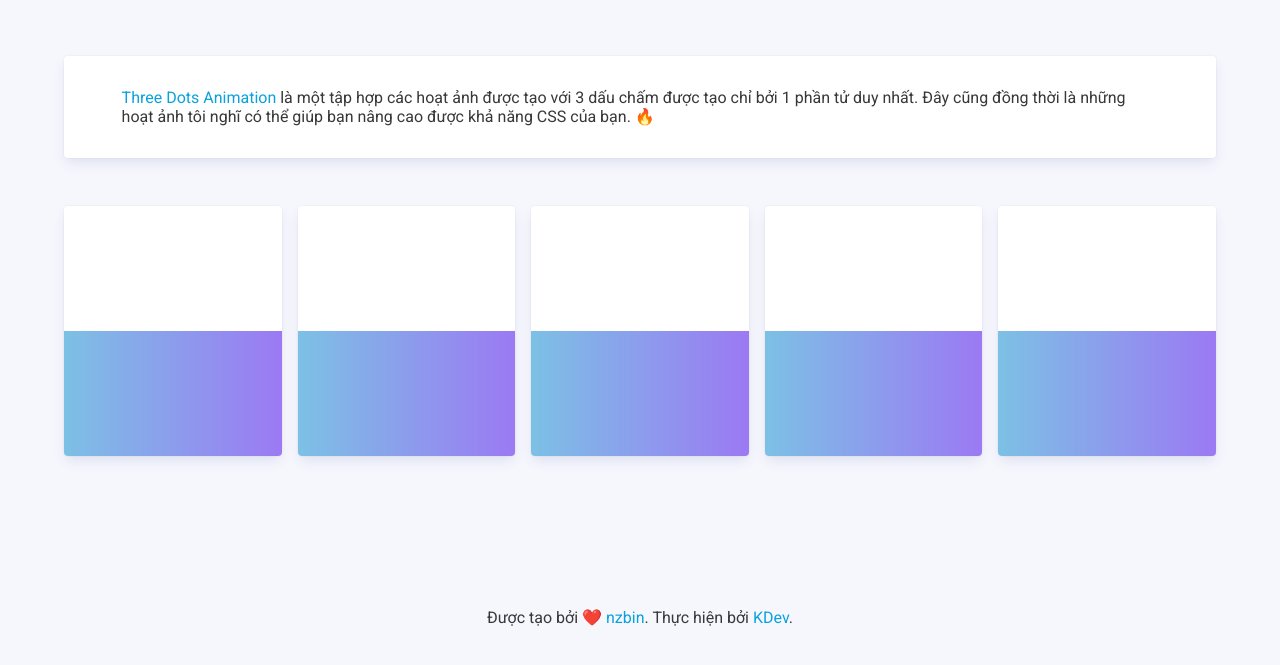
Repository: haokiet2501/lazy-loader-animation
Page: index.html
The author's editor kept a copy of each file at every save. The page is drawn from the files as they stood at one save, then again after the next save.
The browser window is 1280 px wide. The pictures show the whole page.
The style sheet was rebuilt from its Sass, Less or Tailwind sources for each picture, by a compiler version that may differ from the author's.

Above is the page before, as saved 2022-05-06 19:59:16.

After the next save:
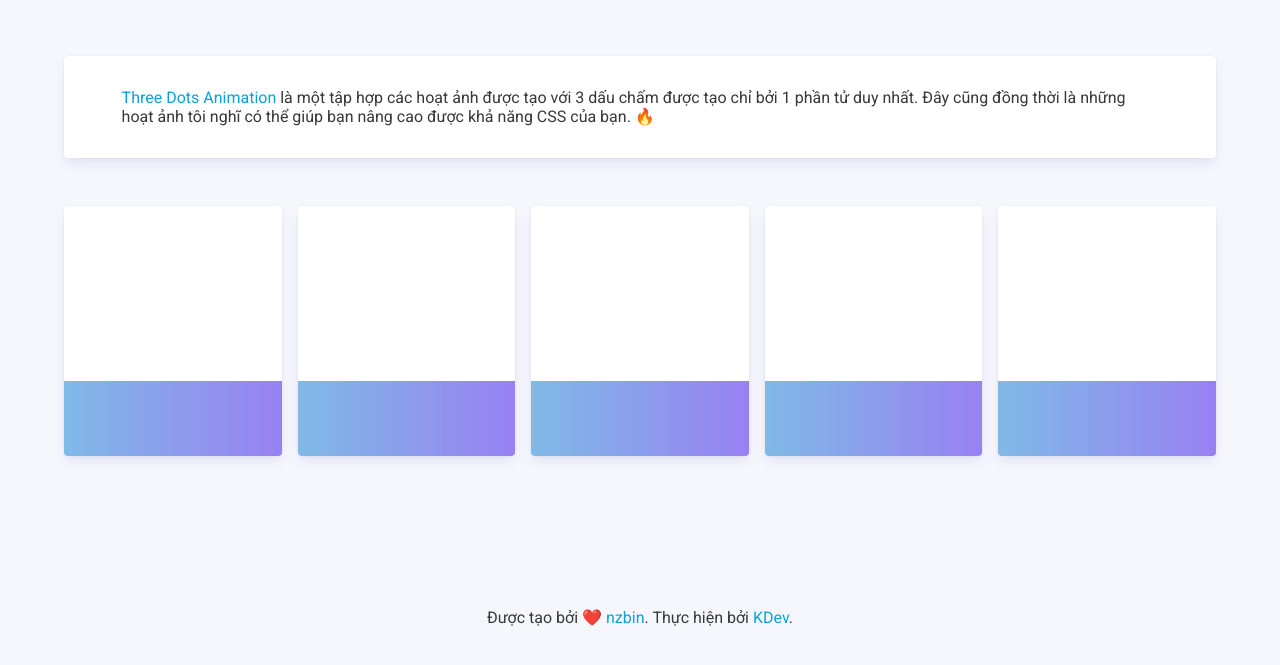
Saved 16 s later.
--- a/sass/styles.scss
+++ b/sass/styles.scss
@@ -33,7 +33,7 @@ $color-line: #50dfdb;
     top: 0;
     left: 32px;
     width: 150px;
-    height: 160%;
+    height: 200%;
     background: linear-gradient(#A85CF9, #6FDFDF);
     animation: animate 4s linear infinite;
 }
